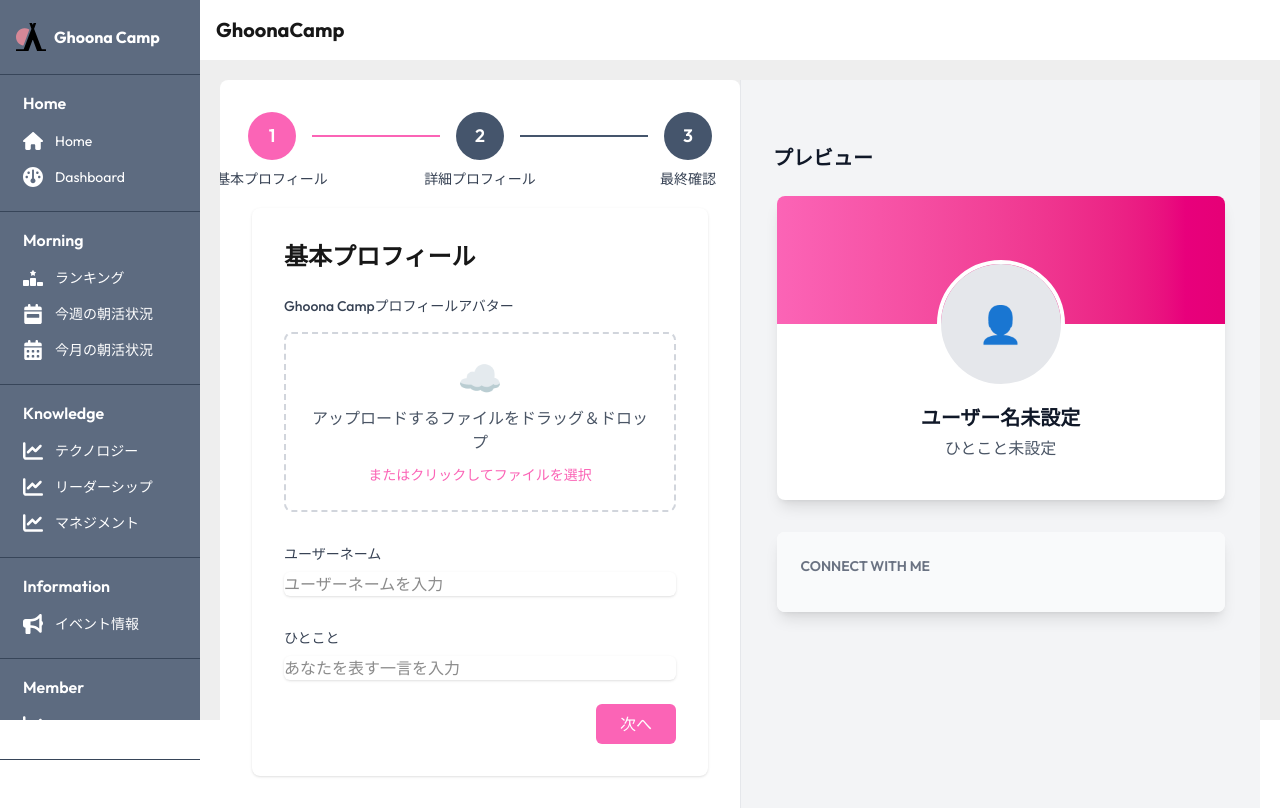
Repository: ShotaGhoona/ghoonacamp_platform
Page: /setting/profile
An editor plug-in stored every save of this project. The page is shown before and after the next save, followed by the edit.
The browser window is 1280 px wide. The pictures show the whole page.
The page's requests for data from a server got no answer. The project was rebuilt for these pictures with package versions that can differ from the ones it lists, and the page was loaded fresh each time. Some packages were replaced by stand-ins written for this rebuild. The framework's server and built-in components were replaced by stand-ins that run in the browser. No one was signed in, and anything a server would have sent is missing. Also part of the build but not shown: next.config.js, src/features/setting/profile/display/DetailProfileForm.tsx, src/features/setting/profile/display/ConfirmationView.tsx.

Above is the page before, as saved 2025-04-29 13:46:08.

After the next save:
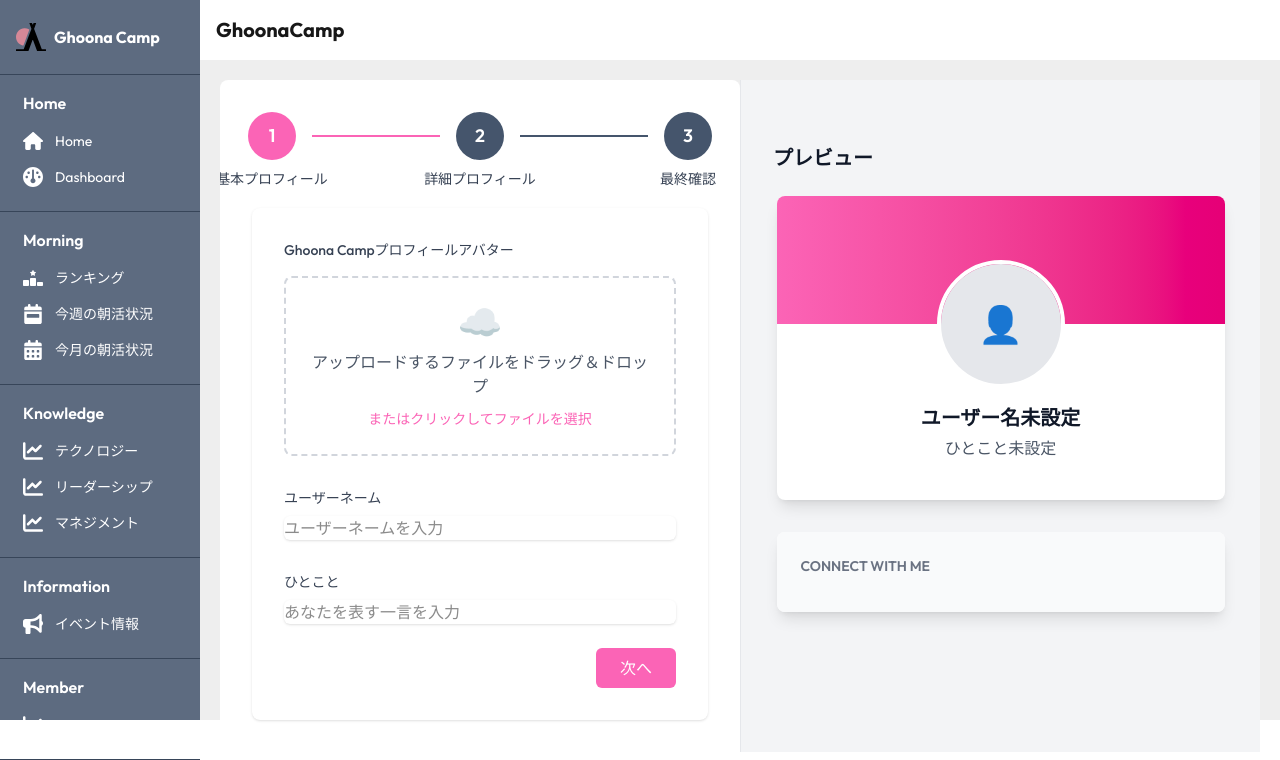
Saved 30 s later.
--- a/src/features/setting/profile/display/BasicProfileForm.tsx
+++ b/src/features/setting/profile/display/BasicProfileForm.tsx
@@ -18,7 +18,6 @@ export const BasicProfileForm = ({
 }: BasicProfileFormProps) => {
   return (
     <div className="space-y-6">
-      <h2 className="text-2xl font-bold">基本プロフィール</h2>
 
       <div className="space-y-8">
         {/* アバターアップロード */}
